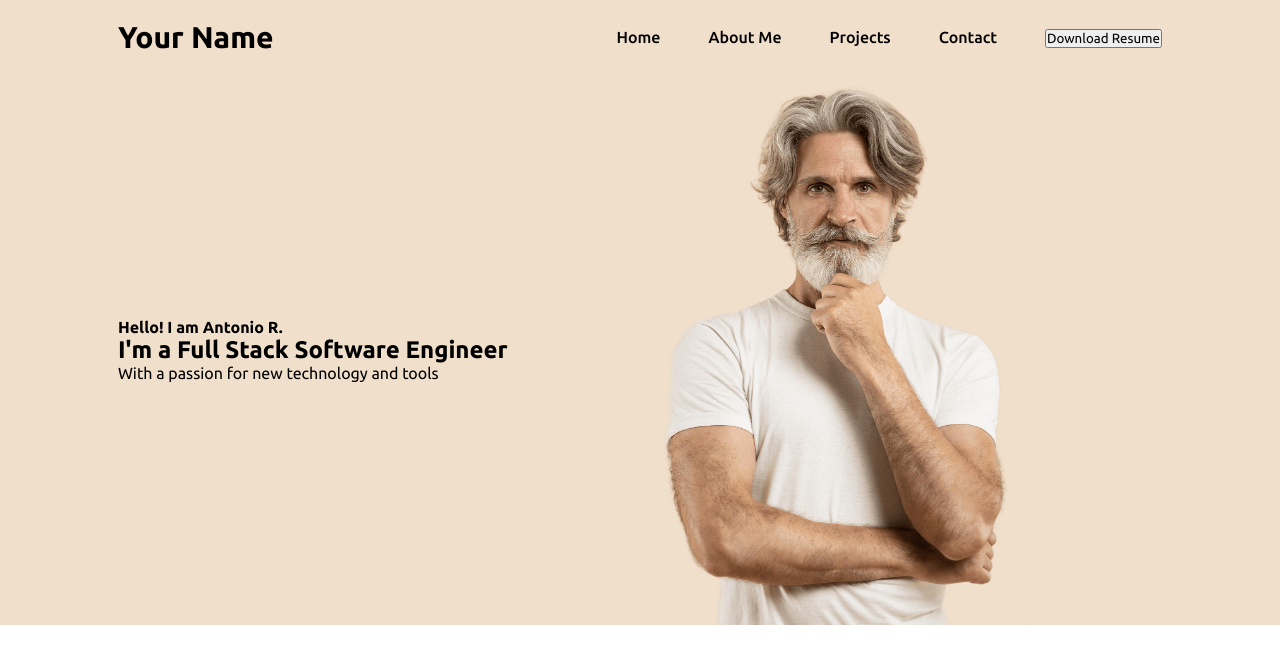
Repository: DevAntonioRogers/vanilla-portfolio
Page: index.html
These files come from the project's save history. The page is drawn as it stood at one moment and after a run of saves; the edit follows.
The browser window is 1280 px wide. The pictures show the whole page.

Above is the page before, as saved 2023-07-14 16:39:58.

### index.html
<!DOCTYPE html>
<html lang="en">
  <head>
    <meta charset="UTF-8" />
    <meta name="viewport" content="width=device-width, initial-scale=1.0" />
    <link rel="stylesheet" href="style.css" />
    <title>Antonio Rogers</title>
  </head>
  <body>
    <nav>
      <div class="container navbar">
        <a href="/" aria-label="Home"> <h1>Your Name</h1></a>
        <ul>
          <li>
            <a href="/" aria-label="Home">Home</a>
          </li>
          <li>
            <a href="/" aria-label="About Me">About Me</a>
          </li>
          <li>
            <a href="/" aria-label="Projects">Projects</a>
          </li>
          <li>
            <a href="/" aria-label="Contact">Contact</a>
          </li>
          <li>
            <a href="/resume.pdf" download aria-label="Download Resume">
              <button class="navbar-button">Download Resume</button>
            </a>
          </li>
        </ul>
      </div>
    </nav>

    <section class="hero">
      <div class="container hero-container">
        <div>
          <h4>Hello! I am Antonio R.</h4>
          <h1>I'm a Full Stack Software Engineer</h1>
          <p>With a passion for new technology and tools</p>
        </div>

        <div class="hero-image-container">
          <img src="./01.png" alt="" />
        </div>
      </div>
    </section>
  </body>
</html>

### style.css
@import url("https://fonts.googleapis.com/css2?family=Ubuntu:wght@300;400;500;700&display=swap");

* {
  box-sizing: border-box;
  padding: 0;
  margin: 0;
  font-family: "Ubuntu", sans-serif;
}

a {
  text-decoration: none;
  color: inherit;
}

li {
  list-style: none;
}

.container {
  width: 89%;
  margin: auto;
  max-width: 1044px;
}

/* NAVBAR STYLING */

nav {
  background: #f0dfcb;
  padding: 20px 0;
}

.navbar {
  display: flex;
  justify-content: space-between;
  align-items: center;
}

.navbar h1 {
  font-size: 30px;
  font-weight: 700;
}

.navbar ul {
  display: flex;
  gap: 3rem;
}

.navbar ul li {
  font-weight: 500;
}

/* HERO STYLES */

.hero {
  background-color: #f0dfcb;
}

.hero-container {
  display: grid;
  grid-template-columns: repeat(2, minmax(0, 1fr));
  align-items: center;
  gap: 1.5rem;
}

.hero-image-container {
  display: flex;
  justify-items: center;
}

.hero-container img {
  height: 550px;
  position: relative;
}

After the next 2 saves:
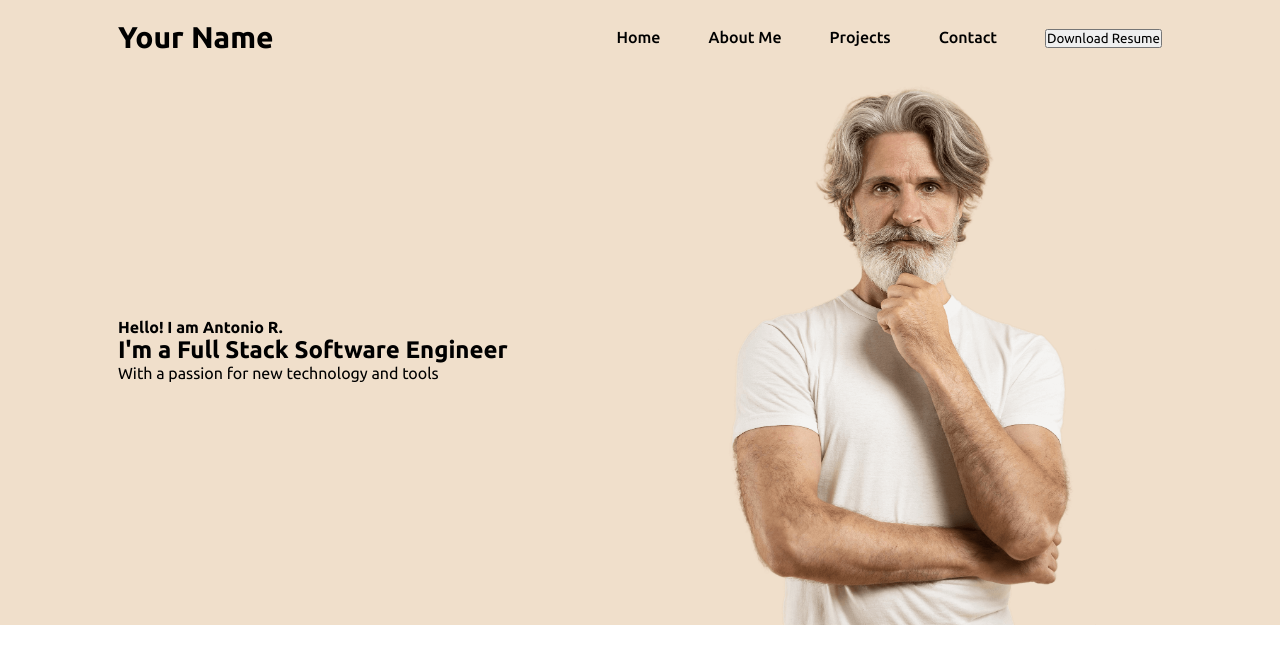
The 2 saves are shown as one change because they came seconds apart.
The last was saved 8 s later.
--- a/style.css
+++ b/style.css
@@ -64,7 +64,8 @@ nav {
 
 .hero-image-container {
   display: flex;
-  justify-items: center;
+  justify-content: center;
+  align-items: center;
 }
 
 .hero-container img {
